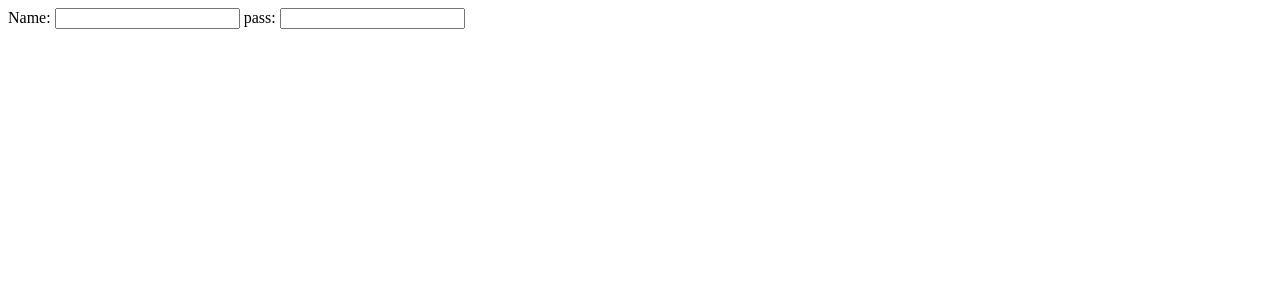
Repository: ghanshyam-jaiswal/Java-Notes
Page: http://localhost/RequestDispatcherExample/index.jsp
These files come from the project's save history. The page is drawn as it stood at one moment and after the next save; the edit follows.
The browser window is 1280 px wide. The pictures show the whole page.
The page is served by Tomcat 10.

Above is the page before, as saved 2024-02-29 04:54:52.

After the next save:
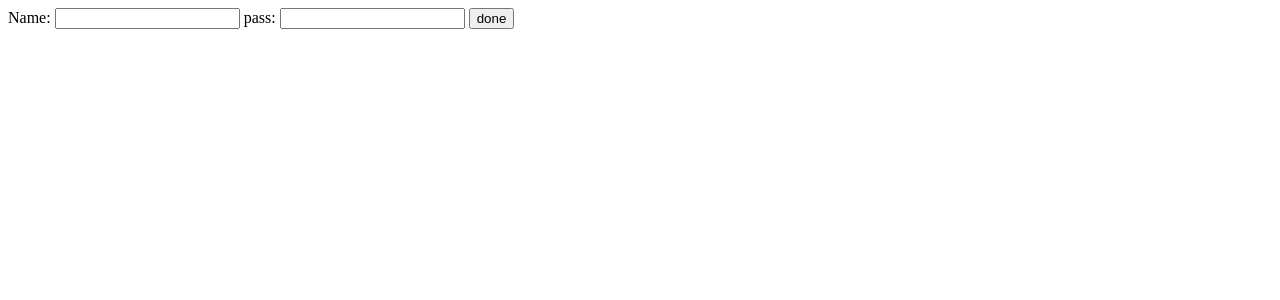
Saved 14 min 39 s later.
--- a/JEE/Servlet_AdvanceJava/RequestDispatcherExample/src/main/webapp/index.jsp
+++ b/JEE/Servlet_AdvanceJava/RequestDispatcherExample/src/main/webapp/index.jsp
@@ -10,6 +10,7 @@
 		<input type="text" name="name">
 		<label>pass:</label>
 		<input type="password" name="pass">
+		<button type="submit">done</button>
 	</form>
 </body>
 </html>
